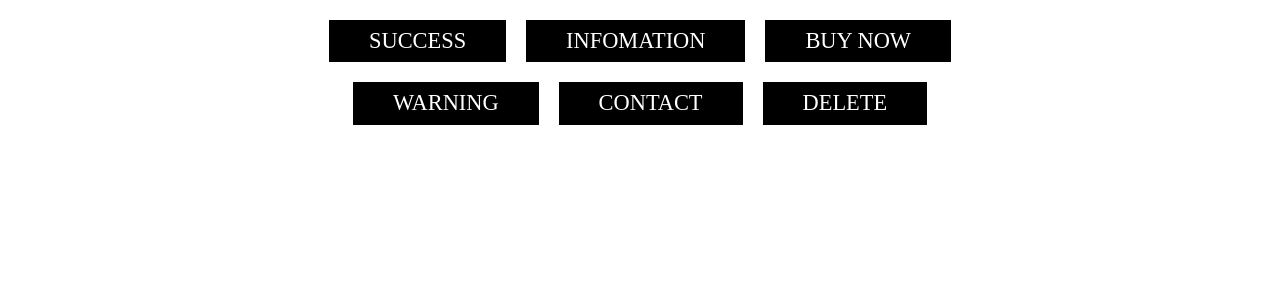
Repository: ThanhPhongsof/Css-Course
Page: index.html
An editor plug-in stored every save of this project. The page is shown before and after the next save, followed by the edit.
The browser window is 1280 px wide. The pictures show the whole page.

Above is the page before, as saved 2022-05-16 08:07:50.

### index.html
<!DOCTYPE html>
<html lang="en">
  <head>
    <meta charset="UTF-8" />
    <meta http-equiv="X-UA-Compatible" content="IE=edge" />
    <meta name="viewport" content="width=device-width, initial-scale=1.0" />
    <title>Document</title>
    <link rel="stylesheet" href="./reset.css" />
    <link rel="stylesheet" href="./styles.css" />
  </head>
  <body>
    <div class="group-button">
      <a href="" class="button button--green">success</a>
      <a href="" class="button button--blue">infomation</a>
      <a href="" class="button button--purple">buy now</a>
    </div>
    <div class="group-button">
      <a href="" class="button button--orange">warning</a>
      <a href="" class="button button--red">contact</a>
      <a href="" class="button button--pink">delete</a>
    </div>
  </body>
</html>

### styles.css
.group-button {
  display: flex;
  align-items: center;
  justify-content: center;
  gap: 20px;
  margin-top: 20px;
}

.button {
  text-decoration: none;
  text-transform: uppercase;
  background: #000;
  color: white;
  font-size: 1.4rem;
  padding: 10px 40px;
  /* border-radius: 20px; */
}

.button--green {
}

Loaded but not shown: reset.css (common file)

After the next save:
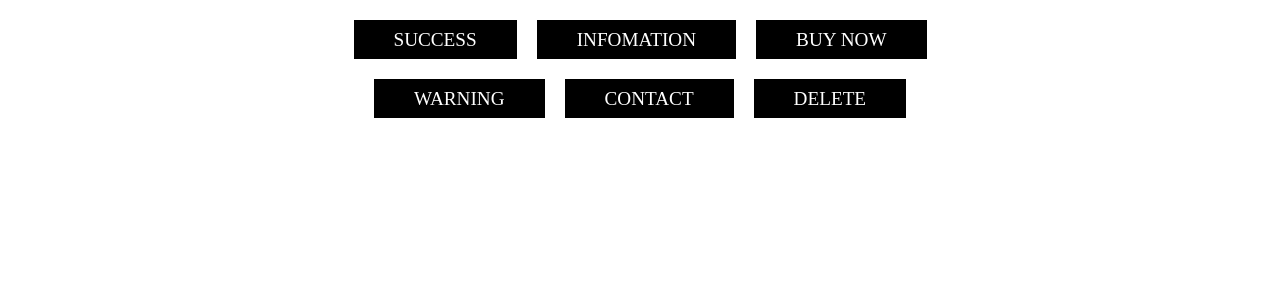
Saved 9 s later.
--- a/styles.css
+++ b/styles.css
@@ -11,7 +11,7 @@
   text-transform: uppercase;
   background: #000;
   color: white;
-  font-size: 1.4rem;
+  font-size: 1.2rem;
   padding: 10px 40px;
   /* border-radius: 20px; */
 }
